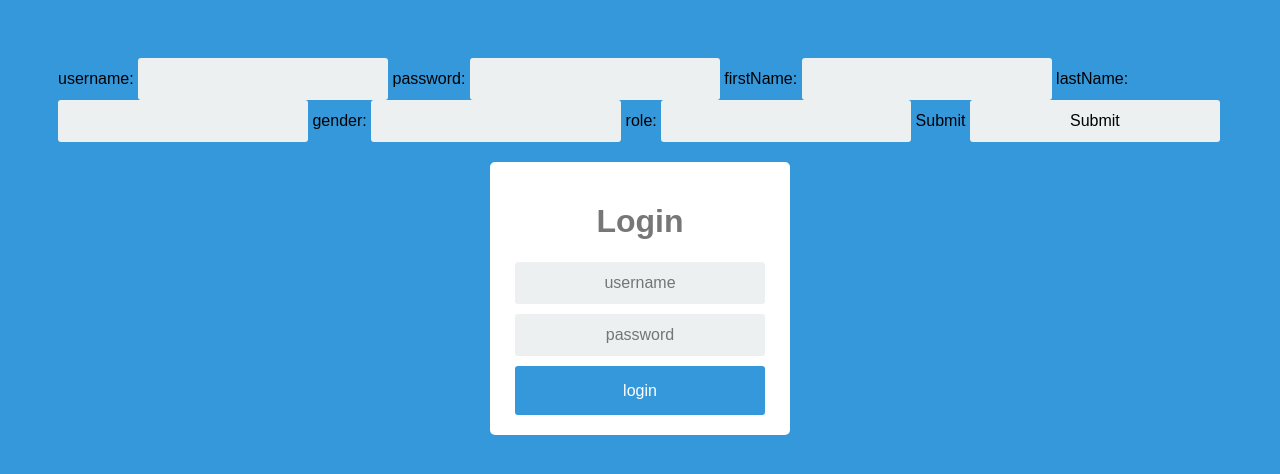
Repository: ash-the-reaper/TaxiRoot
Page: UI/WebContent/dashboard.html
These files come from the project's save history. The page is drawn as it stood at one moment and after the next save; the edit follows.
The browser window is 1280 px wide. The pictures show the whole page.

Above is the page before, as saved 2017-03-14 07:40:19.
Console error: ReferenceError: CONTEXT_PATH is not defined

After the next save:
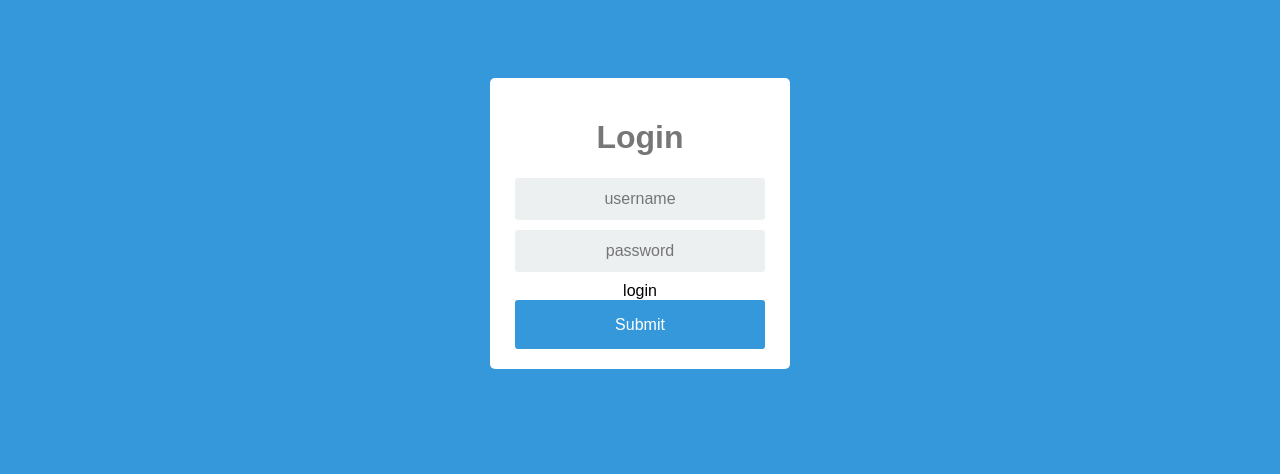
Saved 58 s later.
--- a/UI/WebContent/dashboard.html
+++ b/UI/WebContent/dashboard.html
@@ -14,26 +14,6 @@
 
 </head>
 <body ng-app="ngApp" ng-controller="ngCtrl">
-
-<form ng-submit="submit()">
-
-	username: <input type ="text" ng-model = "account.email">
-
-	password: <input type ="text" ng-model = "account.password">
-
-	firstName: <input type ="text"  ng-model = "account.firstName">
-
-	lastName: <input type ="text"  ng-model = "account.lastName">
-
-	gender: <input type ="text" ng-model = "account.gender">
-
-	role: <input type ="text" ng-model = "account.role">
-
-	Submit <input type="submit">
-
-</form>
-
-</body>
 
 
 <body ng-app="ngApp" ng-controller="ngCtrl">
@@ -55,7 +35,7 @@
 					<label class="login-field-icon fui-lock" for="login-pass"></label>
 					</div>
 
-					<a class="btn btn-primary btn-large btn-block" href="#">login</a>
+					login <input type="submit" class="btn btn-primary btn-large btn-block">
 				</div>
 			</form>
 		</div>
